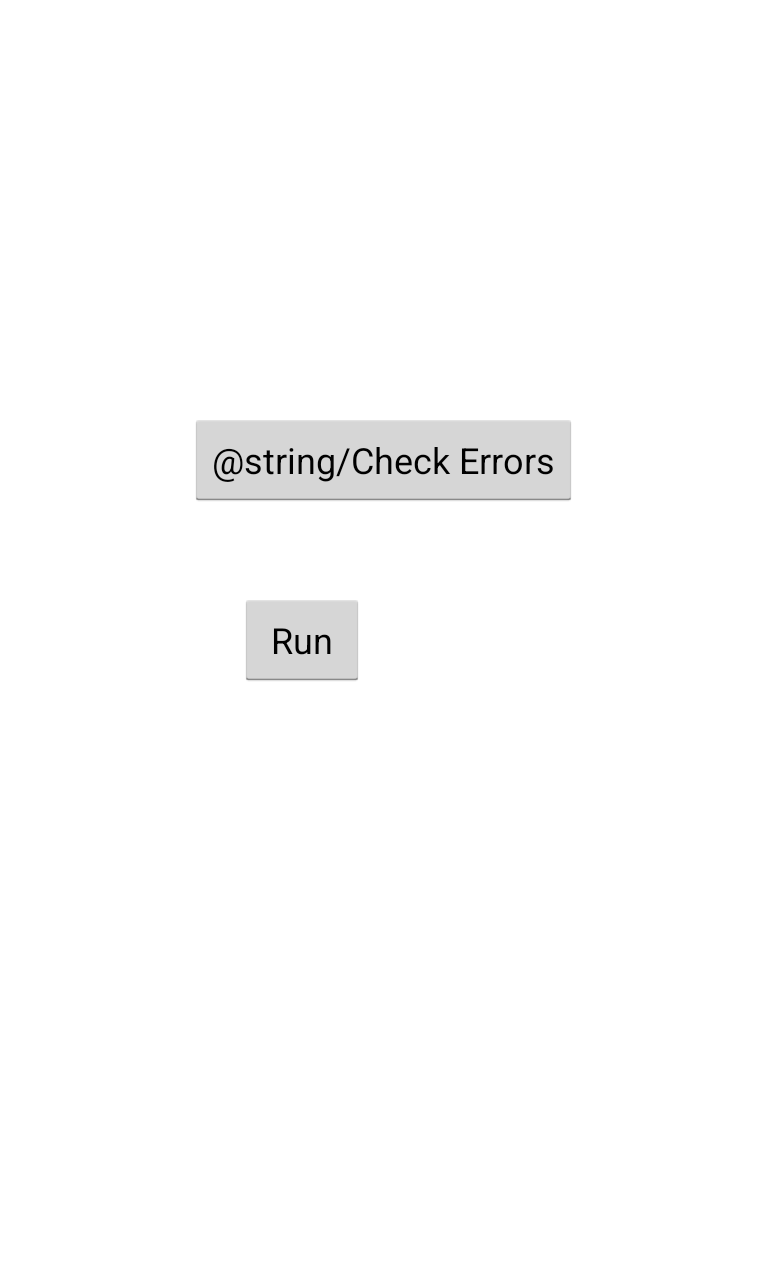
Repository: raul09/Overdrive
Layout: workspace/AutoPerformanceAnalyzer/res/layout/activity_display_mode.xml
The author's editor kept a copy of each file at every save. The layout is drawn from the files as they stood at one save, then again after the next save.
It is drawn on a 768 x 1280 px phone screen (xhdpi) without system bars, with theme AppTheme; the app's code is not run.

Above is the layout before, as saved 2013-10-01 14:16:19.

### workspace/AutoPerformanceAnalyzer/res/layout/activity_display_mode.xml
<RelativeLayout xmlns:android="http://schemas.android.com/apk/res/android"
    xmlns:tools="http://schemas.android.com/tools"
    android:layout_width="match_parent"
    android:layout_height="match_parent"
    android:paddingBottom="@dimen/activity_vertical_margin"
    android:paddingLeft="@dimen/activity_horizontal_margin"
    android:paddingRight="@dimen/activity_horizontal_margin"
    android:paddingTop="@dimen/activity_vertical_margin"
    tools:context=".DisplayModeActivity" >

    <Button
        android:id="@+id/Run"
        android:layout_width="wrap_content"
        android:layout_height="wrap_content"
        android:layout_alignParentLeft="true"
        android:layout_centerVertical="true"
        android:layout_marginLeft="103dp"
        android:layout_marginTop="151dp"
        android:text="@string/Run" />

    <Button
        android:id="@+id/Check Errors"
        android:layout_width="wrap_content"
        android:layout_height="wrap_content"
        android:layout_alignBottom="@+id/Run"
        android:layout_centerHorizontal="true"
        android:layout_marginBottom="90dp"
        android:text="@string/Check Errors"/>

</RelativeLayout>

### workspace/AutoPerformanceAnalyzer/res/values/strings.xml
<?xml version="1.0" encoding="utf-8"?>
<resources>

    <string name="app_name">Auto Performance Analyzer</string>
    <string name="action_settings">Settings</string>
    <string name="hello_world">Hello world!</string>
    <string name="History">History</string>
    <string name="Next">Next</string>
    <string name="Run">Run</string>
    <string name="Check Errors">Check Errors</string>

    <string-array name="Make">
        <item>Ford</item>
        <item>Toyota</item>
        <item>Honda</item>
    </string-array>
    <string-array name="Model">
        <item>Mustang</item>
        <item>F150</item>
        <item>350-Z</item>
    </string-array>
    <string-array name="Year">
        <item>2013</item>
        <item>2012</item>
        <item>2011</item>
        <item>2010</item>
        <item>2009</item>
        <item>2008</item>
    </string-array>

    <string name="title_activity_display_mode">DisplayModeActivity</string>

</resources>

Loaded but not shown: workspace/AutoPerformanceAnalyzer/res/values/styles.xml (common file); workspace/AutoPerformanceAnalyzer/res/values-v11/styles.xml (common file); workspace/AutoPerformanceAnalyzer/res/values-v14/styles.xml (common file); workspace/AutoPerformanceAnalyzer/res/values/dimens.xml (common file)

After the next save:
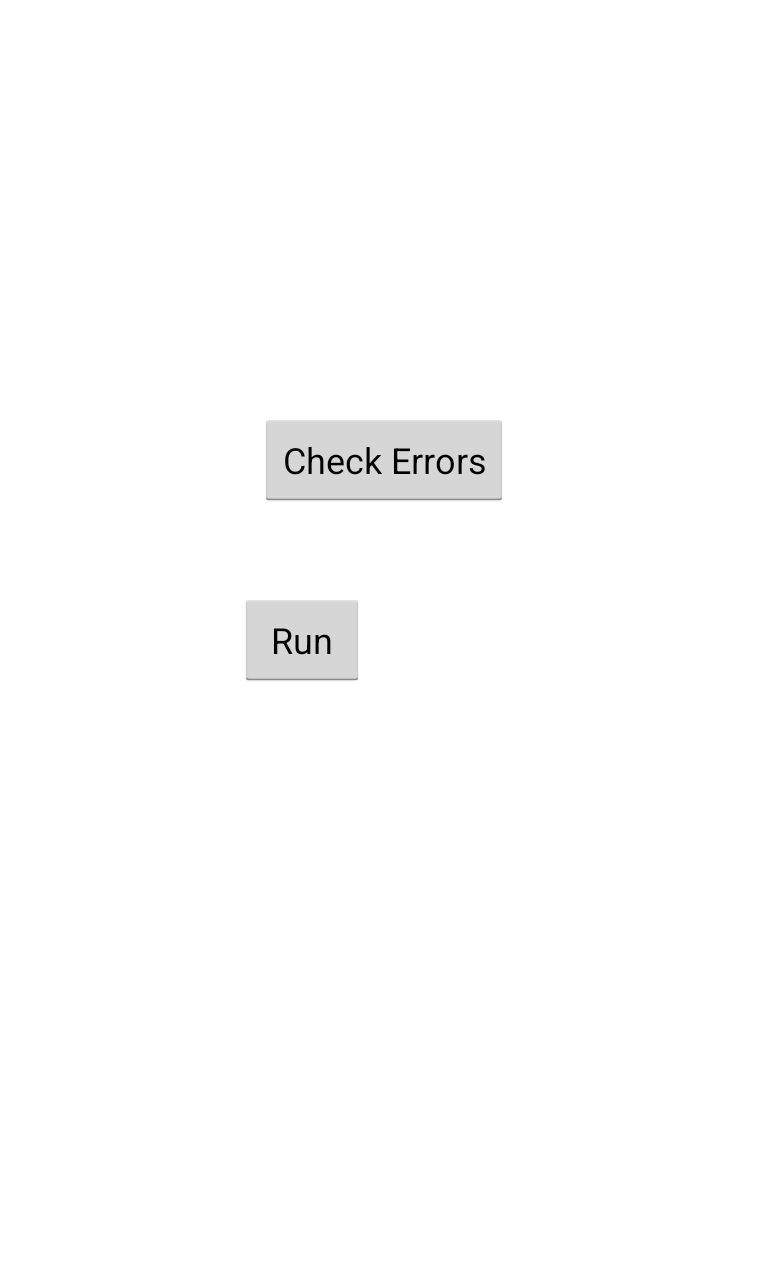
Saved 2 min 48 s later.
--- a/workspace/AutoPerformanceAnalyzer/res/layout/activity_display_mode.xml
+++ b/workspace/AutoPerformanceAnalyzer/res/layout/activity_display_mode.xml
@@ -19,12 +19,12 @@
         android:text="@string/Run" />
 
     <Button
-        android:id="@+id/Check Errors"
+        android:id="@+id/CheckErrors"
         android:layout_width="wrap_content"
         android:layout_height="wrap_content"
         android:layout_alignBottom="@+id/Run"
         android:layout_centerHorizontal="true"
         android:layout_marginBottom="90dp"
-        android:text="@string/Check Errors"/>
+        android:text="@string/CheckErrors"/>
 
 </RelativeLayout>
--- a/workspace/AutoPerformanceAnalyzer/res/values/strings.xml
+++ b/workspace/AutoPerformanceAnalyzer/res/values/strings.xml
@@ -7,7 +7,7 @@
     <string name="History">History</string>
     <string name="Next">Next</string>
     <string name="Run">Run</string>
-    <string name="Check Errors">Check Errors</string>
+    <string name="CheckErrors">Check Errors</string>
 
     <string-array name="Make">
         <item>Ford</item>
